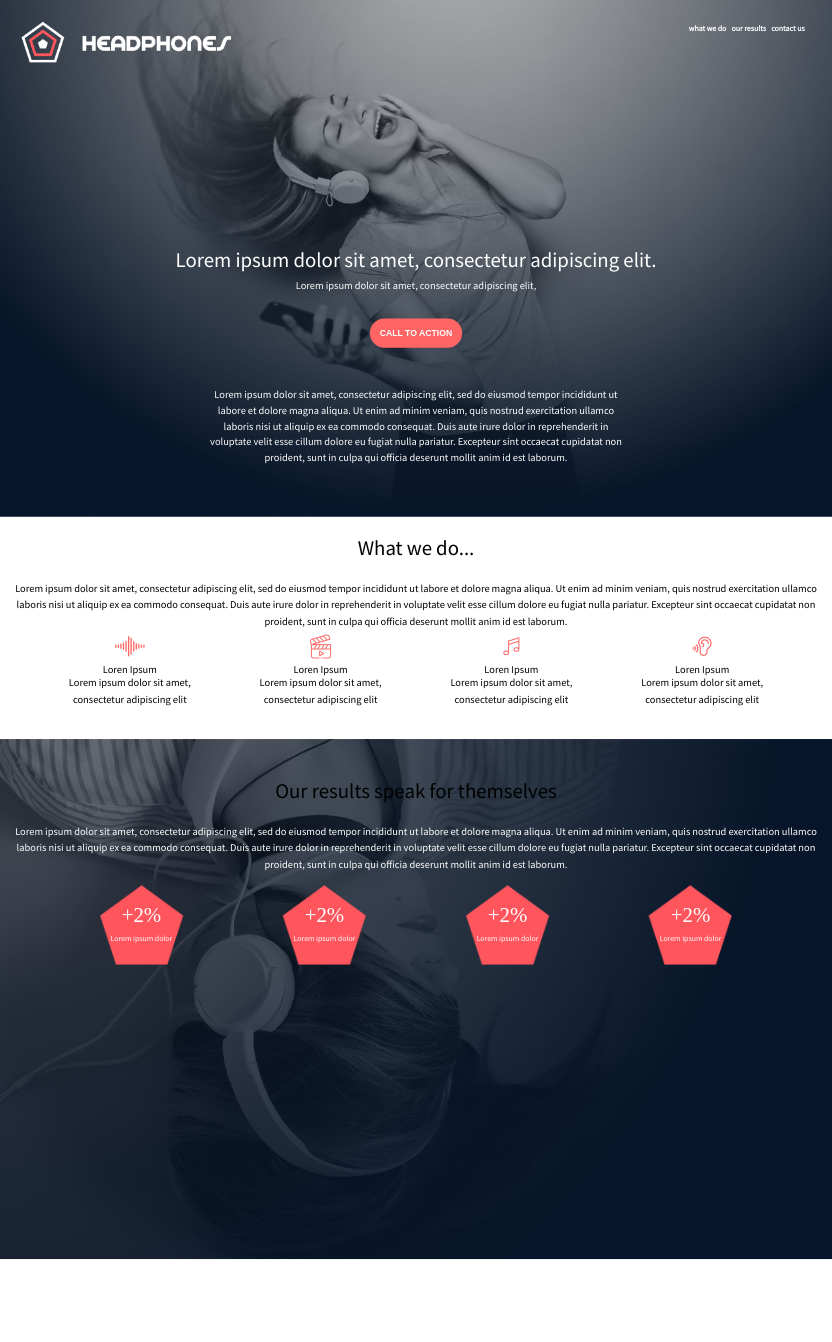
Repository: seleniadelgado/holbertonschool-web_front_end
Page: 0x09-implement_a_design_from_scratch/2-index.html
These files come from the project's save history. The page is drawn as it stood at one moment and after a run of saves; the edit follows.
The browser window is 1280 px wide. The pictures show the whole page, at 65% of full size.

Above is the page before, as saved 2020-03-23 14:17:47.

### 0x09-implement_a_design_from_scratch/2-index.html
<!DOCTYPE <!DOCTYPE html>
<head>
    <meta charset="utf-8">
    <title>Headphones</title>
    <meta name="description" content="">
    <meta name="viewport" content="width=device-width, initial-scale=1">
    <link rel="stylesheet" href="2-styles.css">
    <link rel="stylesheet" href="reset.css">
    <link rel="stylesheet" href="./holberton_school-icon/style.css">
    <link href="https://fonts.googleapis.com/css?family=Source+Sans+Pro&display=swap" rel="stylesheet">
</head>
<body>
<!-- nav bar -->
    <header>
        <div class="firstdiv">
            <nav>
                <input type="checkbox" id="menu">
                <label for="menu" id="nav-icon"></label>
                <div class="logo"><img href="active" href="#home"><img src="./images/logo_headphones.png" alt="logo"></a></div>
                <div class="main-nav">
                    <ul class="nav-header">
                        <li><a href="#what-we-do">what we do</a></li>
                        <li><a href="#our-results">our results</a></li>
                        <li><a href="#contact-us">contact us</a></li>
                    </ul>
                </div>
            </nav>
        </div>
<!-- Content -->
        <div class="seconddiv">
            <div class="text">
                <h1>Lorem ipsum dolor sit amet, consectetur adipiscing elit.</h1>
                <p>Lorem ipsum dolor sit amet, consectetur adipiscing elit, </p>
            </div>
        </div>
        <div class="thirddiv">
        <button id="button">CALL TO ACTION</button>
        <p class="longParagraph">Lorem ipsum dolor sit amet, consectetur adipiscing elit, sed do eiusmod tempor incididunt ut labore et dolore magna aliqua.
            Ut enim ad minim veniam, quis nostrud exercitation ullamco laboris nisi ut aliquip ex ea commodo consequat.
            Duis aute irure dolor in reprehenderit in voluptate velit esse cillum dolore eu fugiat nulla pariatur. Excepteur sint occaecat cupidatat non proident,
            sunt in culpa qui officia deserunt mollit anim id est laborum.</p>
            </div>
        </div>
    </div>
    </header>
    <div id="whatWeDo">
        <div class="content">
            <h1>What we do...</h1>
            <p> Lorem ipsum dolor sit amet, consectetur adipiscing elit, sed do eiusmod tempor incididunt ut labore et dolore magna aliqua.
                Ut enim ad minim veniam, quis nostrud exercitation ullamco laboris nisi ut aliquip ex ea commodo consequat.
                Duis aute irure dolor in reprehenderit in voluptate velit esse cillum dolore eu fugiat nulla pariatur. Excepteur sint occaecat cupidatat non proident,
                sunt in culpa qui officia deserunt mollit anim id est laborum.
            </p>
            <div class="grid">
                <div>
                    <div class="icon, item holberton_school-icon-ic_sound"></div>
                    <h6>Loren Ipsum</h6>
                    <p>Lorem ipsum dolor sit amet,<br> consectetur adipiscing elit</p>
                </div>
                <div>
                    <div class="icon, item holberton_school-icon-ic_video"></div>
                    <h6>Loren Ipsum</h6>
                    <p>Lorem ipsum dolor sit amet, <br>consectetur adipiscing elit</p>
                </div>
                <div>
                    <div class="icon, item holberton_school-icon-ic_music"></div>
                    <h6>Loren Ipsum</h6>
                    <p>Lorem ipsum dolor sit amet, <br>consectetur adipiscing elit</p>
                </div>
                <div>
                    <div class="icon, item holberton_school-icon-ic_hearing"></div>
                    <h6>Loren Ipsum</h6>
                    <p>Lorem ipsum dolor sit amet, <br>consectetur adipiscing elit</p>
                </div>
            </div>
        </div>
    </div>
    <div id="our-results">
        <div class="summary">
            <h1>Our results speak for themselves</h1>
            <p>Lorem ipsum dolor sit amet, consectetur adipiscing elit, sed do eiusmod tempor incididunt ut labore et dolore magna aliqua.
                Ut enim ad minim veniam, quis nostrud exercitation ullamco laboris nisi ut aliquip ex ea commodo consequat.
                Duis aute irure dolor in reprehenderit in voluptate velit esse cillum dolore eu fugiat nulla pariatur. Excepteur sint occaecat cupidatat non proident,
                sunt in culpa qui officia deserunt mollit anim id est laborum.
            </p>
            <div class="grid">
                <div class="component">
                    <h2>+2%</h2>
                    <p>Lorem ipsum dolor</p>
                </div>
                <div class="component">
                    <h2>+2%</h2>
                    <p>Lorem ipsum dolor</p>
                </div>
                <div class="component">
                    <h2>+2%</h2>
                    <p>Lorem ipsum dolor</p>
                </div>
                <div class="component">
                    <h2>+2%</h2>
                    <p>Lorem ipsum dolor</p>
                </div>
            </div>
        </div>
    </div>
</body>
</html>

### 0x09-implement_a_design_from_scratch/2-styles.css

:root {
    --font-size-sm: 12px;
    --font-size-md: 16px;
    --font-size-lg: 32px;
    --font-size-xl: 48px;
    --font-size-button: 14px;
    --color-primary-red: #FF6565;
    --color-body-white: white;
    --color-body-black: black;
    --font-family: 'Source Sans Pro', sans-serif;
}

/* header */
html {
    width: 100%;
}

header {
    width: 100%;
    background: transparent;
    position: relative;
    color: var(--color-body-white);
    background-image: url("images/headphones_hero_1.jpg");
    background-repeat: no-repeat;
    background-size: cover;
    font-family: var(--font-family);
}

header .firstdiv {
    justify-content: space-between;
    align-content: space-between;
    padding: 2rem;
    flex-wrap: wrap;
}

header .firstdiv nav {
    width: 100%;
    display: flex;
    justify-content: space-between;
    align-content: space-between;
    position: relative;
}

a {
    margin: auto 1.25rem;
    color: var(--color-body-white);
    text-decoration: none;
    font-family: var(--font-family);
}

a:hover, a:active {
    color: var(--color-primary-red)
}

#menu {
    display: none;
    position: absolute;
}

#nav-icon {
    display: none;
    position: absolute;
}

.logo {
    float: left;
}

.nav-header {
    display: inline-flex;
    margin: auto 0;
    list-style-type: none;
    font-size: var(--font-size-sm);
    font-weight: bolder;
    font-family: var(--font-family);
}

.main-nav ul {
    border: 6px transparent solid;
    justify-content: space-between;
}

.main-nav ul li a {
    border: 4px transparent solid;
    font-family: var(--font-family);

}

/* nav */
.seconddiv {
    text-align: center;
}

.thirddiv {
    text-align: center;
}

/*text */
.text {
    padding-top: 20%;
    text-align: center;
    line-height: 32px;
}

.text h1 {
    font-size: var(--font-size-md);
    color: var(--color-body-white);
}

.text p {
    font: var(--font-size-sm);
    color: var(--color-body-white);
}

/* button */
#button {
    padding: 15px;
    margin-top: 40px;
    margin-bottom: 60px;
    border-radius: 4em;
    background-color: #FF6565;
    box-shadow: var(--color-body-black);
    border-style: none;
    color: var(--color-body-white);
    font-weight: bolder;
}

#button:hover {
    opacity: 0.9;
}

/* end button */

/* start longparagraph */
.longParagraph {
    display: flex;
    margin: auto;
    margin: 0% 25% 0% 25%;
    line-height: 24px;
    font-family: var(--font-family);
    font-size: var(--font-size-md);
    color: var(--color-body-white);
    padding-bottom: 5em;
}
/* end longparagraph */

/* media query for screens less than 480px */
@media (max-width: 480px)
{
    header nav {
      flex-direction: column;
      align-items: center;
    }

    .logo {
      width: 50%;
      height: auto;
      display: flex;
      text-align: center;
    }

    .nav-header {
      display: none;
      width: 100%;
      flex-direction: column;
      margin: 1rem auto;
      text-align: center;
      font-weight: bold;
      font-size: var(--font-size-btn);
      float: right;
      display: inline-flex;
      margin-right: 10%;
    }

    .nav-header li {
      width: 100%;
      margin: 0.5rem auto;
      padding-right: 50px;
      font-family: var(--font-family);
    }

    #nav-icon {
        background: var(--color-body-white);
        height: 2px;
        width: 13px;
        position: absolute;
        left: 1rem;
        top: 18px;
        display: block;
    }

    #nav-icon::before {
        content: "";
        background: var(--color-body-white);
        height: 2px;
        width: 20px;
        position: relative;
        top: -0.4rem;
        display: block;
        transition: all 0.2s ease;
    }

    #nav-icon::after {
        content: "";
        background: var(--color-body-white);
        height: 2px;
        width: 18px;
        position: relative;
        top: 0.3rem;
        display: block;
        transition: all 0.2s ease;
    }

    #menu:checked ~ .nav-header {
        display: inline-flex;
    }

    #menu:checked ~ #nav-icon {
        background: transparent;
    }

    #menu:checked ~ #nav-icon::before {
        transform: rotate(45deg);
        top: 3px;
        margin: auto;
    }

    #menu:checked ~ #nav-icon::after {
        width: 20px;
        transform: rotate(-45deg);
        top: 1px;
        margin: auto;
    }
}

.text {
    font-family: var(--font-family);
    line-height: 24px;
}

.text h1 {
    font-size: var(--font-size-lg);
    margin-bottom: 10;
    line-height: 32px;;
}

.text p {
    font-size: var(--font-size-md);
}

/* menu btn ends */
.content {
    display: grid;
    text-align: center;
    font-family: var(--font-family);
    margin-bottom: 20em;
}

.grid {
    display: flex;
    flex-wrap: wrap;
    justify-content: space-evenly;
    height: 100%
}

.grid p {
    padding-bottom: 3em;
}

.item {
    color: var(--color-primary-red);
    font-size: var(--font-size-xl);
    margin: 2px;
}

.item h6, p {
    color: var(--color-body-black);
    font-size: var(--font-size-sm);
    margin-bottom: 5px;
}

#whatWeDo {
    margin-top: 2em;
    font-family: var(--font-family);
    margin-bottom: none;
}
.content {
    margin-bottom: 0;
}

.content h1 {
    font-size: var(--font-size-lg);
    margin-bottom: 1em;
}
.content p {
    text-align: center;
    font-size: var(--font-size-md);
    line-height: 26px;
}
#our-results {
    padding-top: 2em;
    background-image: url(images/headphones_hero_2.jpg);
    background-repeat: no-repeat;
    color: var(--color-body-white);
}
.summary {
    margin-bottom: 1;
}

.summary h1 {
    text-align: center;
    margin-top: 1em;
    color: var(--color-body-black);
    font-family: var(--font-family);
    font-size: var(--font-size-lg);
    margin-bottom: 1em;
}

.summary p {
    color: var(--color-body-white);
    font-family: var(--font-family);
    font-size: var(--font-size-md);
    line-height: 26px;
    text-align: center;
}
.results h2 {
    position: absolute;
    text-align: center;
    left: 50%;
    transform: translate(-50%, -50%);
}
.grid {
    margin-top: 0;
    margin-bottom: 0;
}
@media (max-width: 1200px) {
    #our-results {
      background-position: 45%;
    }
  }
  @media (max-width: 480px) {
    #our-results {
      background-position: 50%;
      margin-bottom: 0;
      flex-wrap: wrap;
    }
  }
#our-results .grid .component {
    background-image: url(images/pentagone.png);
    background-repeat: no-repeat;
    background-size: contain;
    background-position: center;
    height: 10rem;
    width: 8rem;
    padding: 0;
    position: relative;
    flex-wrap: wrap;
}
#our-results .grid .component h2 {
    font-size: var(--font-size-lg);
    position: relative;
    top: 30%;
    text-align: center;
}
#our-results .grid .component p {
    position: relative;
    font-size: var(--font-size-sm);
    text-align: center;
    top: 35%;
}

### 0x09-implement_a_design_from_scratch/holberton_school-icon/style.css
@font-face {
  font-family: 'holberton_school-icon';
  src:  url('fonts/holberton_school-icon.eot?sq4eq4');
  src:  url('fonts/holberton_school-icon.eot?sq4eq4#iefix') format('embedded-opentype'),
    url('fonts/holberton_school-icon.ttf?sq4eq4') format('truetype'),
    url('fonts/holberton_school-icon.woff?sq4eq4') format('woff'),
    url('fonts/holberton_school-icon.svg?sq4eq4#holberton_school-icon') format('svg');
  font-weight: normal;
  font-style: normal;
  font-display: block;
}

[class^="holberton_school-icon-"], [class*=" holberton_school-icon-"] {
  /* use !important to prevent issues with browser extensions that change fonts */
  font-family: 'holberton_school-icon' !important;
  speak: none;
  font-style: normal;
  font-weight: normal;
  font-variant: normal;
  text-transform: none;
  line-height: 1;

  /* Better Font Rendering =========== */
  -webkit-font-smoothing: antialiased;
  -moz-osx-font-smoothing: grayscale;
}

.holberton_school-icon-arrow_1:before {
  content: "\e900";
}
.holberton_school-icon-arrow_2:before {
  content: "\e901";
}
.holberton_school-icon-arrow_3:before {
  content: "\e902";
}
.holberton_school-icon-arrow_4:before {
  content: "\e903";
}
.holberton_school-icon-arrow_5:before {
  content: "\e904";
}
.holberton_school-icon-check:before {
  content: "\e905";
}
.holberton_school-icon-ic_bag:before {
  content: "\e906";
}
.holberton_school-icon-ic_cart:before {
  content: "\e907";
}
.holberton_school-icon-ic_facebook:before {
  content: "\e908";
}
.holberton_school-icon-ic_hearing:before {
  content: "\e909";
}
.holberton_school-icon-ic_instagram:before {
  content: "\e90a";
}
.holberton_school-icon-ic_laptop:before {
  content: "\e90b";
}
.holberton_school-icon-ic_money:before {
  content: "\e90c";
}
.holberton_school-icon-ic_music:before {
  content: "\e90d";
}
.holberton_school-icon-ic_sound:before {
  content: "\e90e";
}
.holberton_school-icon-ic_twitter:before {
  content: "\e90f";
}
.holberton_school-icon-ic_video:before {
  content: "\e910";
}
.holberton_school-icon-menu:before {
  content: "\e911";
}
.holberton_school-icon-search_1:before {
  content: "\e912";
}
.holberton_school-icon-search_2:before {
  content: "\e913";
}
.holberton_school-icon-star:before {
  content: "\e914";
}

Loaded but not shown: 0x09-implement_a_design_from_scratch/reset.css (common file)

After the next 2 saves:
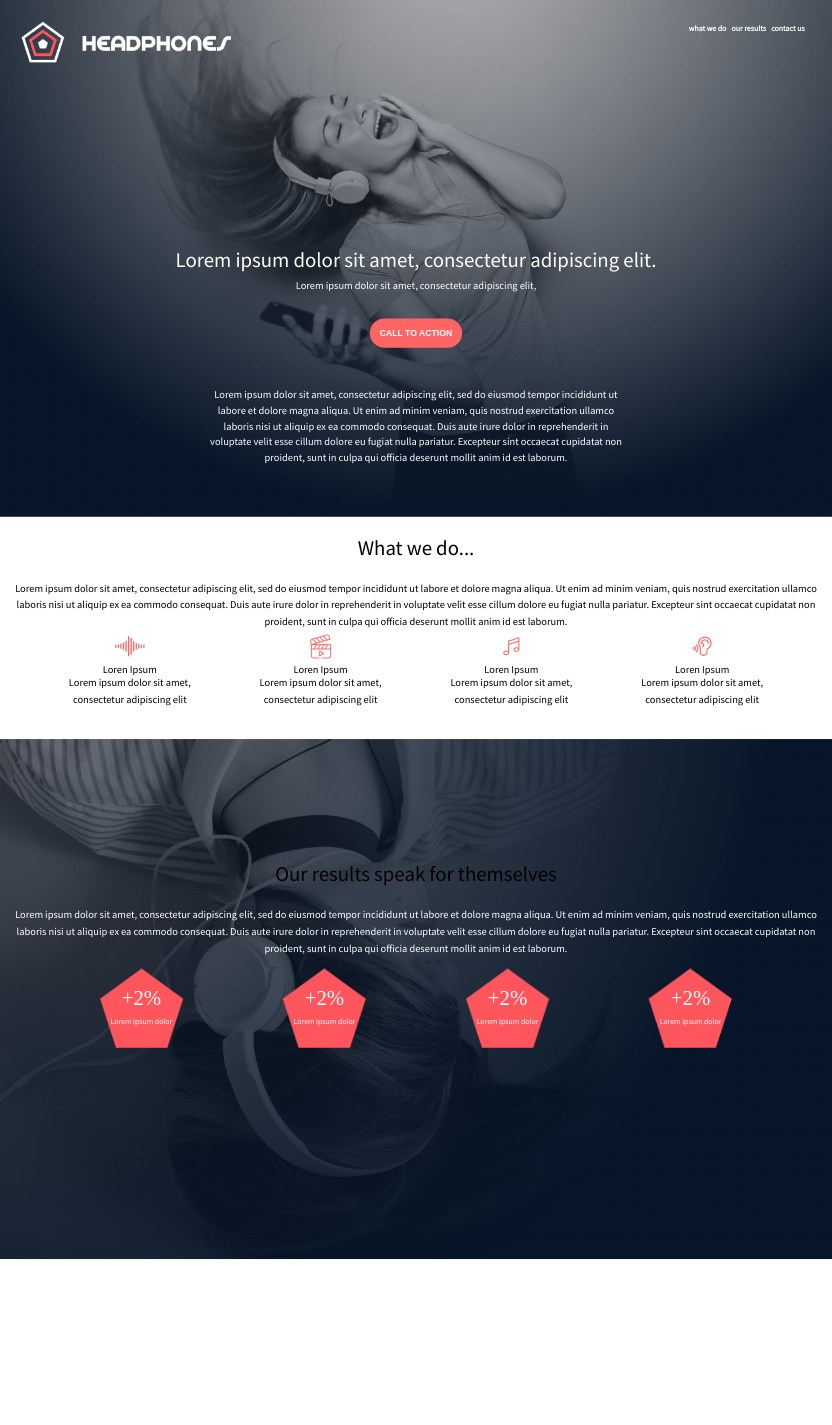
The 2 saves are shown as one change because they came seconds apart.
The last was saved 10 s later.
--- a/0x09-implement_a_design_from_scratch/2-styles.css
+++ b/0x09-implement_a_design_from_scratch/2-styles.css
@@ -310,7 +310,7 @@ a:hover, a:active {
 
 .summary h1 {
     text-align: center;
-    margin-top: 1em;
+    margin-top: 5em;
     color: var(--color-body-black);
     font-family: var(--font-family);
     font-size: var(--font-size-lg);
